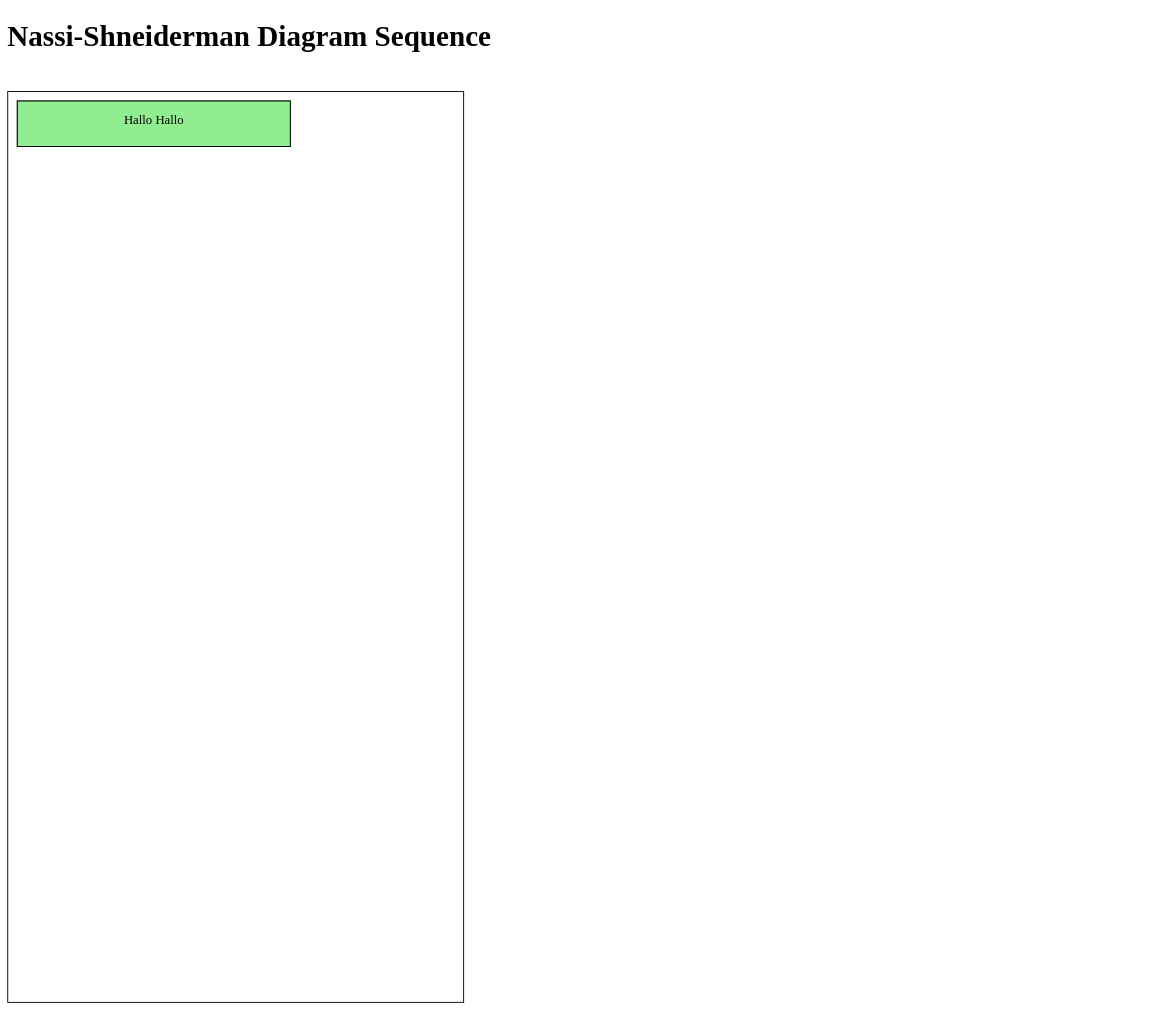
Repository: fabsch225/Nassi-Shneiderman-Compiler
Page: demo.html
An editor plug-in stored every save of this project. The page is shown before and after the next save, followed by the edit.
The browser window is 1280 px wide. The pictures show the whole page, at 91% of full size.

Above is the page before, as saved 2024-05-15 21:38:08.

After the next save:
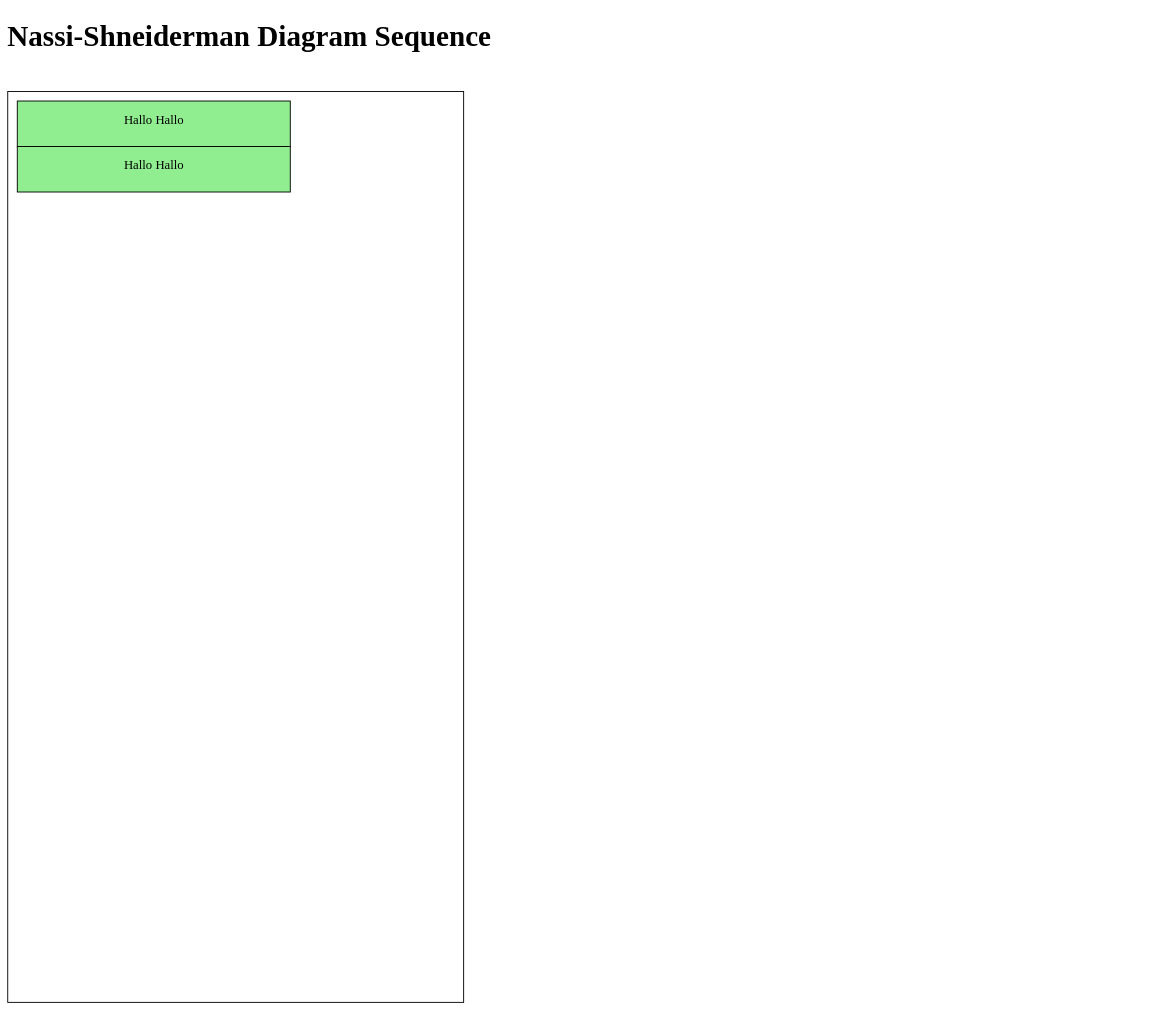
Saved 6 s later.
--- a/demo.html
+++ b/demo.html
@@ -22,7 +22,7 @@
     var svgContainer = document.getElementById('canvas');
 
     svgContainer.innerHTML += createSequenceBlock(10, 10, 300, 50, "Hallo Hallo").svgAppendix;
-    svgContainer.innerHTML += createSequenceBlock(10, 10, 300, 50, "Hallo Hallo").svgAppendix;
+    svgContainer.innerHTML += createSequenceBlock(10, 60, 300, 50, "Hallo Hallo").svgAppendix;
 </script>
 </body>
 </html>
